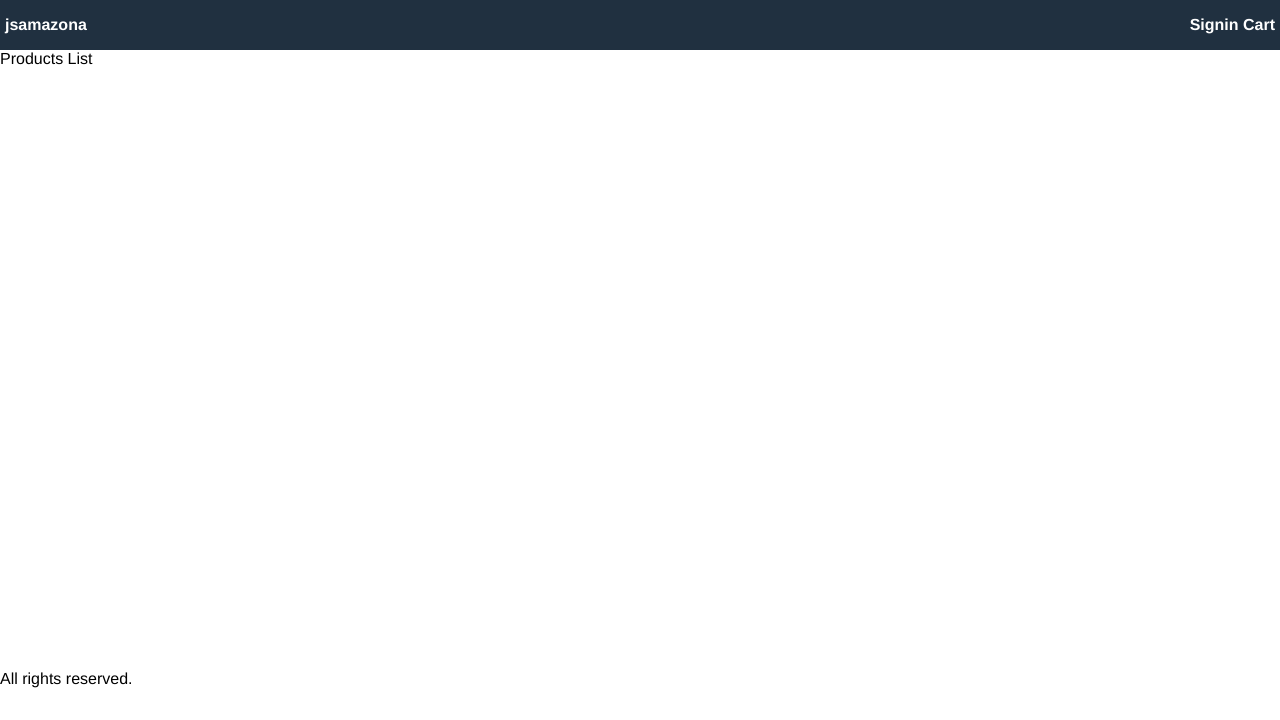
Repository: Mardoqueu/ecommerce-website
Page: jsamazona/frontend/src/index.html
An editor plug-in stored every save of this project. The page is shown before and after the next save, followed by the edit.
The browser window is 1280 px wide. The pictures show the whole page.

Above is the page before, as saved 2022-09-12 10:08:11.

### jsamazona/frontend/src/index.html
<!DOCTYPE html>
<html lang="en">
  <head>
    <meta charset="UTF-8" />
    <meta http-equiv="X-UA-Compatible" content="IE=edge" />
    <meta name="viewport" content="width=device-width, initial-scale=1.0" />
    <link rel="stylesheet" href="style.css" />
    <title>JS Amazona</title>
  </head>
  <body>
    <div class="grid-container">
      <header>
        <div class="">
          <a href="/#/">jsamazona</a>
        </div>
        <div>
          <a href="/#/signin">Signin</a>
          <a href="/#/cart">Cart</a>
        </div>
      </header>
      <main>Products List</main>
      <footer>All rights reserved.</footer>
    </div>
  </body>
</html>

### jsamazona/frontend/src/style.css
* {
    box-sizing: border-box;
  }
  html {
    font-size: 62.5%; /* 16px * 62.5 = 10px = 1rem */
  }
  body {
    height: 100vh;
    font: 1.6rem Helvetica, Arial;
    margin: 0;
  }
  .grid-container {
    display: grid;
    grid-template-areas:
      'header'
      'main'
      'footer';
    grid-template-columns: 1fr;
    grid-template-rows: 5rem 1fr 5rem;
    height: 100%;
  }

  header {
    grid-area: header;
    background-color: #203040;
    color: #ffffff;
    display: flex;
    justify-content: space-between;
    align-items: center;
    padding: 0.5rem;
  }
  header a {
    color: #ffffff;
    font-weight: bold;
    text-decoration: none;
  }
  header a:hover {
    color: #f08040;
  }

  .brand a {
    font-size: 3rem;
  }

After the next save:
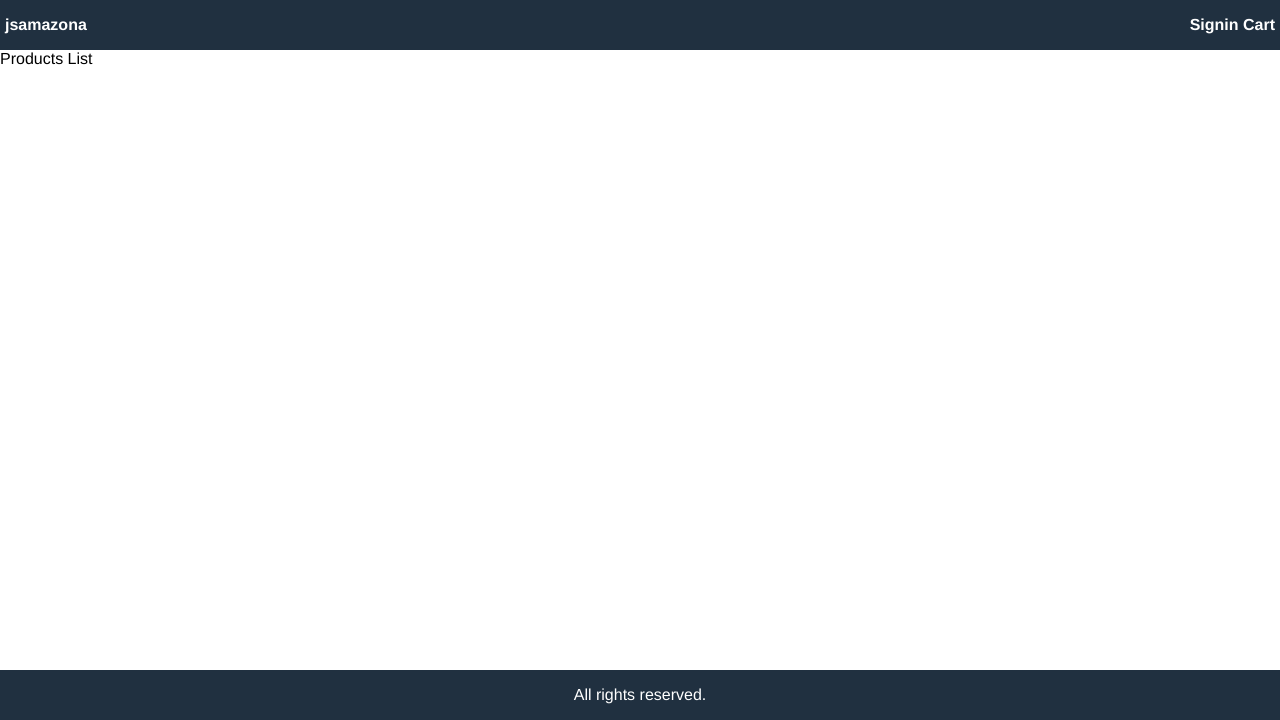
Saved 22 s later.
--- a/jsamazona/frontend/src/style.css
+++ b/jsamazona/frontend/src/style.css
@@ -41,3 +41,11 @@
   .brand a {
     font-size: 3rem;
   }
+
+  footer {
+    background-color: #203040;
+    display: flex;
+    justify-content: center;
+    align-items: center;
+    color: #ffffff;
+  }
